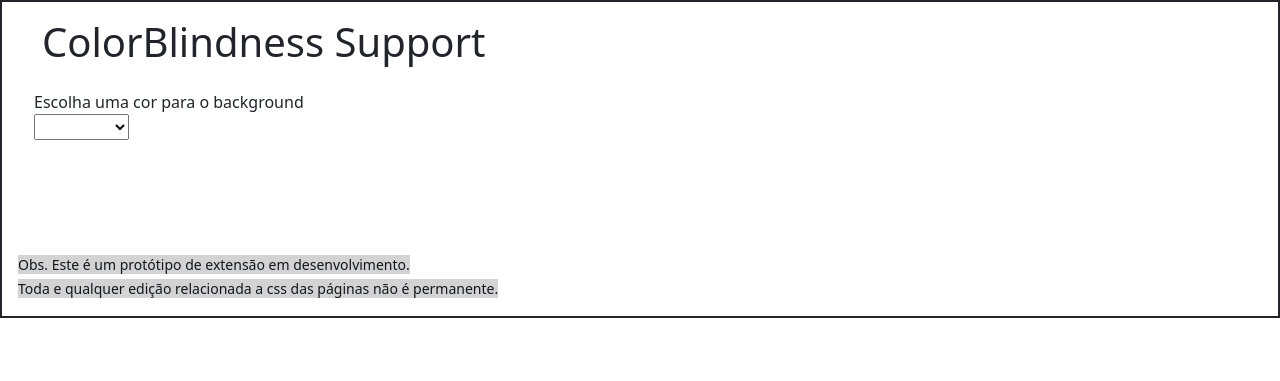
Repository: pedrosiqueira/daltonchrome
Page: popup.html
An editor plug-in stored every save of this project. The page is shown before and after the next save, followed by the edit.
The browser window is 1280 px wide. The pictures show the whole page.

Above is the page before, as saved 2022-06-17 13:15:05.

After the next save:
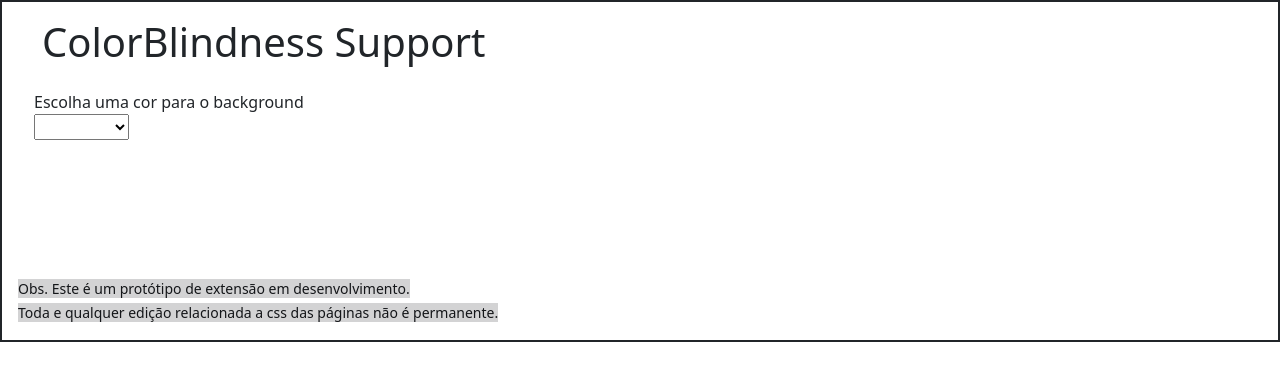
Saved 8 s later.
--- a/popup.html
+++ b/popup.html
@@ -31,7 +31,7 @@
             <option value="blue">Azul</option>
         </select>
     </div>
-    <br> <br><br><br>
+    <br> <br><br><br><br>
     <alert id="alert" class="alert-dark form-text">Obs. Este é um protótipo de extensão em desenvolvimento.<br>
     Toda e qualquer edição relacionada a css das páginas não é permanente.
     </alert>
